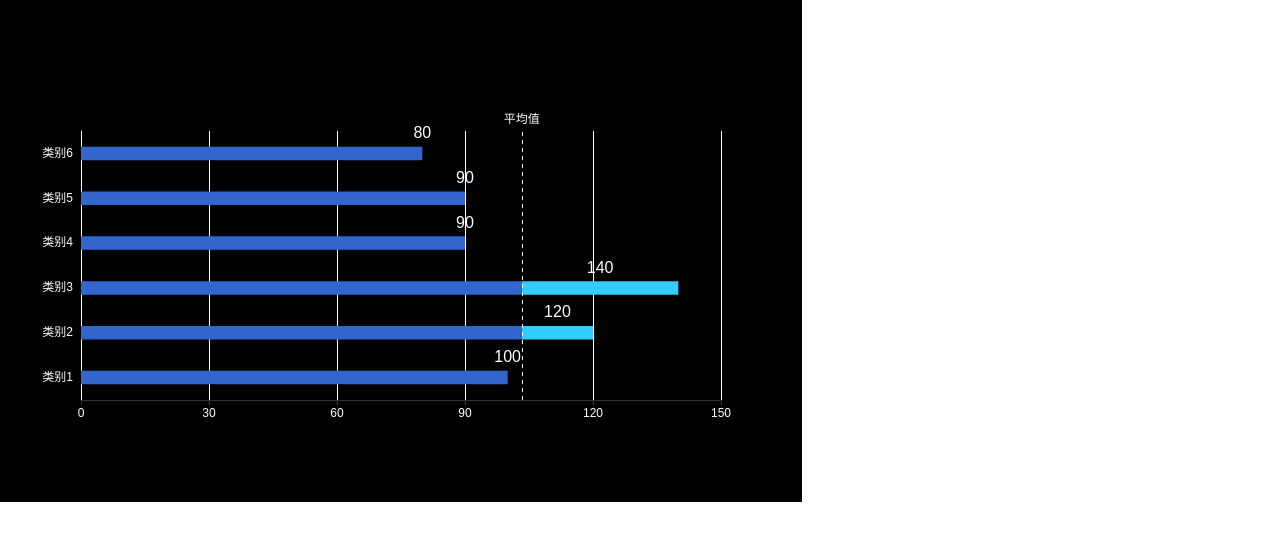
Repository: 572031690/echartproj
Page: /#/test
An editor plug-in stored every save of this project. The page is shown before and after a run of saves, followed by the edit.
The browser window is 1280 px wide. The pictures show the whole page.
The project was rebuilt for these pictures with package versions that can differ from the ones it lists, and the page was loaded fresh each time. Also part of the build but not shown: vue.config.js, src/components/Seller.vue, src/views/SellerPage.vue, src/utils/theme_utils.js, src/components/Trend.vue, src/views/TrendPage.vue, src/utils/map_utils.js, src/components/Map.vue and 9 more.

Above is the page before, as saved 2021-08-05 10:08:00.

### public/index.html
<!DOCTYPE html>
<html lang="en">
  <head>
    <meta charset="utf-8">
    <meta http-equiv="X-UA-Compatible" content="IE=edge">
    <meta name="viewport" content="width=device-width,initial-scale=1.0">
    <link rel="icon" href="<%= BASE_URL %>favicon.ico">
    <title><%= htmlWebpackPlugin.options.title %></title>
  </head>
  <body>
    <noscript>
      <strong>We're sorry but <%= htmlWebpackPlugin.options.title %> doesn't work properly without JavaScript enabled. Please enable it to continue.</strong>
    </noscript>
    <div id="app"></div>
    <!-- built files will be auto injected -->
    <!-- 一旦通过script标签引入的echarts.js的文件之后呢, window.echarts -->
    <script src="static/lib/echarts.min.js"></script>
    <!-- 引入主题的js文件 -->
    <script src="static/theme/chalk.js"></script>
    <script src="static/theme/vintage.js"></script>
  </body>
</html>

### src/main.js
import Vue from 'vue'
import App from './App.vue'
import router from './router'
import store from './store'
// 引入字体的文件
import './assets/font/iconfont.css'
// 引入全局的样式文件
import './assets/css/global.less'
import axios from 'axios'
import SocketService from './utils/socket_service'

// 调用socket **********
// import SocketService from '@/utils/socket_service'
// 对服务端进行webSocket连接 *********
// SocketService.Instance.connect()
// Vue.prototype.$socket = SocketService.Instance

// 请求基准路径的配置
axios.defaults.baseURL = 'http://127.0.0.1:8888/api/'
// 将axios挂载到Vue的原型对象上
// 在别的组件中 this.$http
Vue.prototype.$http = axios

// 将全局的echarts对象挂载到Vue的原型对象上
// 别的组件中 this.$echarts
Vue.prototype.$echarts = window.echarts

Vue.config.productionTip = false

new Vue({
  router,
  store,
  render: h => h(App)
}).$mount('#app')

### src/App.vue
<template>
  <div id="app">
    <!-- 路由占位符 -->
    <router-view></router-view>
  </div>
</template>

<style lang="less">

</style>

### src/router/index.js
import Vue from 'vue'
import VueRouter from 'vue-router'
import SellerPage from '@/views/SellerPage'
import TrendPage from '@/views/TrendPage'
import MapPage from '@/views/MapPage'
import RankPage from '@/views/RankPage'
import HotPage from '@/views/HotPage'
import StockPage from '@/views/StockPage'
import Test from '../components/Test.vue'
import ScreenPage from '@/views/ScreenPage'

Vue.use(VueRouter)

const routes = [
  {
    path: '/',
    redirect: '/screen'
  },
  {
    path: '/screen',
    component: ScreenPage
  },
  {
    path: '/sellerpage',
    component: SellerPage
  },
  {
    path: '/trendpage',
    component: TrendPage
  },
  {
    path: '/mappage',
    component: MapPage
  },
  {
    path: '/rankpage',
    component: RankPage
  },
  {
    path: '/hotpage',
    component: HotPage
  },
  {
    path: '/stockpage',
    component: StockPage
  },
  {
    path: '/test',
    component: Test
  }

]

const router = new VueRouter({
  routes
})

export default router

### src/store/index.js
import Vue from 'vue'
import Vuex from 'vuex'

Vue.use(Vuex)

export default new Vuex.Store({
  state: {
    theme: 'chalk'
  },
  mutations: {
    changeTheme (state) {
      if(state.theme === 'chalk'){
        state.theme = 'vintage'
      }else{
        state.theme = 'chalk'
      }
    }
  },
  actions: {
  },
  modules: {
  }
})

### src/assets/css/global.less
html, body, #app {
  width: 100%;
  height: 100%;
  padding: 0;
  margin: 0;
  overflow: hidden;
}

.com-page {
  width: 100%;
  height: 100%;
  overflow: hidden;
}

.com-container {
  width: 100%;
  height: 100%;
  overflow: hidden;
  position: relative;
}

.com-chart {
  width: 100%;
  height: 100%;
  overflow: hidden;
}

canvas {
  border-radius: 20px;
}

/*无法选中图片文字方法*/
span,div,img{
  user-select:none;
}

### src/utils/socket_service.js
export default class SocketService {
    // 单例的设计模式
    //如果别人通过get Instance 来的到我的实例对象 那我只会给他返回同一个实例对象
    static instance = null
    static get Instance() {
        if (!this.instance) {
            this.instance = new SocketService()
        }
        return this.instance
    }

    //和服务端连接的socket对象
    ws = null
    //存储回调函数
    callBackMapping = {}
    //定义连接服务器的方法
    connect() {
        //连接服务器
        if (!window.WebSocket) {
            return console.log('你的浏览器不支持WebSocket');
        }
        this.ws = new WebSocket('ws://localhost:9998')

        //连接服务端成功
        this.ws.onopen = () => {
            console.log('连接服务端成功');
        }
        //连接服务端失败
        this.ws.onclose = () => {
            console.log('连接服务端失败');
        }
        //得到服务端发送过来的数据
        this.ws.onmessage = msg => {
            console.log('从服务端获取数据');
            //得到的数据在msg的data里面
            // console.log(msg.data);
            const recvData = JSON.parse(msg.data)
            const socketType = recvData.socketType
            //判断回调函数是否存在
            if(this.callBackMapping[socketType]){
                const action = recvData.action
                if(action === 'getData') {
                    const realData = JSON.parse(recvData.data)
                    this.callBackMapping[socketType]
                }else if( action === 'fullScreen') {

                }else if(action === 'themeChange') {

                }
            }
        }
    }
    //回调函数的注册
    registerCallBack(socketType, callBack) {
        this.callBackMapping[socketType] = callBack
    }
    //取消某一个回调函数
    unRegisterCallBack(socketType) {
        this.callBackMapping[socketType] = null
    }

}

### src/components/Test.vue
<template>
  <div class="line-chart" ref="mybar">
    123
  </div>
</template>

<script>
export default {
  mounted() {
    this.getData();
    this.initChart();
  },
  data() {
    return {
      chartInstance: null,
      seriesData: [100, 120, 140, 90, 90, 80],
      barChart: {
        xAxisData: ["类别1", "类别2", "类别3", "类别4", "类别5", "类别6"],
        dataList: []
      }
    };
  },
  methods: {
    initChart() {
      const chartInstance = this.$echarts.init(this.$refs.mybar);
      const option = {
        grid: [
          {
            top: 130,
            bottom: 101
          }
        ],
        yAxis: [
          {
            type: "category",
            data: this.barChart.xAxisData,
            // gridIndex: 0, // x 轴所在的 grid 的索引，默认位于第一个 grid。
            axisLabel: {
              color: "#fff" // 刻度标签文字的颜色
            },
            axisLine: {
              // 设置轴线
              lineStyle: {
                color: "#fff"
              }
            },
            axisTick: {
              show: false // 是否显示坐标轴刻度。
            }
          }
        ],
        xAxis: [
          {
            type: "value",
            // gridIndex: 0,
            axisLabel: {
              // 刻度标签文字的颜色
              color: "#fff"
            },
            splitLine: {
              // y轴横线
              lineStyle: {
                color: "rgba(255, 255, 255, 45)"
              }
            },
            axisLine: {
              // 设置轴线
              show: true
            }
          }
        ],
        series: [
          {
            stack: "类1",
            barWidth: "30%", // 宽度
            itemStyle: {
              color: "#3366cc"
            },
            data: this.barChart.dataList[1],
            type: "bar",
            markLine: {
              data: [
                {
                  type: "max",
                  name: "平均线"
                }
              ],
              lineStyle: {
                type: "dashed",
                color: "#fff"
              },
              symbol: ["none", "none"], // 去除线段两端标记样式
              label: {
                show: true,
                color: "#fff",
                formatter: "平均值"
              }
            }
          },
          {
            label: {
              show: true,
              position: "top",
              textStyle: {
                color: "#fff",
                fontSize: 16
              },
              formatter: arg => {
                console.log(arg);
                return this.seriesData[arg.dataIndex];
              }
            },
            stack: "类1",
            xAxisIndex: 0,
            barWidth: "30%", // 宽度
            itemStyle: {
              color: "#33ccff"
            },
            data: this.barChart.dataList[0],
            type: "bar"
          }
        ]
      };
      chartInstance.setOption(option);
    },
    getData() {
      let sum = 0;
      this.seriesData.forEach(item => (sum += item));
      const aver = sum / this.seriesData.length;
      // console.log(aver)
      this.barChart.dataList[0] = this.seriesData.map(item => {
        if (item > aver) return item - aver;
        else return 0;
      });
      this.barChart.dataList[1] = this.seriesData.map(item => {
        if (item > aver) return aver;
        else return item;
      });
      console.log(this.barChart.dataList);
    }
  }
};
</script>

<style>
.line-chart {
  width: 800px;
  height: 500px;
  border: 1px solid black;
  background: #000;
}
</style>

### public/static/theme/vintage.js
(function (root, factory) {
    if (typeof define === 'function' && define.amd) {
        // AMD. Register as an anonymous module.
        define(['exports', 'echarts'], factory);
    } else if (typeof exports === 'object' && typeof exports.nodeName !== 'string') {
        // CommonJS
        factory(exports, require('echarts'));
    } else {
        // Browser globals
        factory({}, root.echarts);
    }
}(this, function (exports, echarts) {
    var log = function (msg) {
        if (typeof console !== 'undefined') {
            console && console.error && console.error(msg);
        }
    };
    if (!echarts) {
        log('ECharts is not Loaded');
        return;
    }
    echarts.registerTheme('vintage', {
        "color": [
            '#0ba82c',
            '#2c6eff',
            '#16f2d9',
            '#fe211e',
            '#fa6900',
            "#eedd78",
            "#73a373",
            "#73b9bc",
            "#7289ab",
            "#91ca8c",
            "#f49f42"
        ],
        "backgroundColor": "#ffffff",
        "textStyle": {},
        "title": {
            "textStyle": {
                "color": "#333333"
            },
            "subtextStyle": {
                "color": "#aaa"
            }
        },
        "line": {
            "itemStyle": {
                "normal": {
                    "borderWidth": "4"
                }
            },
            "lineStyle": {
                "normal": {
                    "width": "3"
                }
            },
            "symbolSize": "0",
            "symbol": "circle",
            "smooth": true
        },
        "radar": {
            "itemStyle": {
                "normal": {
                    "borderWidth": 1
                }
            },
            "lineStyle": {
                "normal": {
                    "width": 2
                }
            },
            "symbolSize": 4,
            "symbol": "emptyCircle",
            "smooth": false
        },
        "bar": {
            "itemStyle": {
                "normal": {
                    "barBorderWidth": 0,
                    "barBorderColor": "#ccc"
                },
                "emphasis": {
                    "barBorderWidth": 0,
                    "barBorderColor": "#ccc"
                }
            }
        },
        "pie": {
            "itemStyle": {
                "normal": {
                    "borderWidth": 0,
                    "borderColor": "#ccc"
                },
                "emphasis": {
                    "borderWidth": 0,
                    "borderColor": "#ccc"
                }
            }
        },
        "scatter": {
            "itemStyle": {
                "normal": {
                    "borderWidth": 0,
                    "borderColor": "#ccc"
                },
                "emphasis": {
                    "borderWidth": 0,
                    "borderColor": "#ccc"
                }
            }
        },
        "boxplot": {
            "itemStyle": {
                "normal": {
                    "borderWidth": 0,
                    "borderColor": "#ccc"
                },
                "emphasis": {
                    "borderWidth": 0,
                    "borderColor": "#ccc"
                }
            }
        },
        "parallel": {
            "itemStyle": {
                "normal": {
                    "borderWidth": 0,
                    "borderColor": "#ccc"
                },
                "emphasis": {
                    "borderWidth": 0,
                    "borderColor": "#ccc"
                }
            }
        },
        "sankey": {
            "itemStyle": {
                "normal": {
                    "borderWidth": 0,
                    "borderColor": "#ccc"
                },
                "emphasis": {
                    "borderWidth": 0,
                    "borderColor": "#ccc"
                }
            }
        },
        "funnel": {
            "itemStyle": {
                "normal": {
                    "borderWidth": 0,
                    "borderColor": "#ccc"
                },
                "emphasis": {
                    "borderWidth": 0,
                    "borderColor": "#ccc"
                }
            }
        },
        "gauge": {
            "itemStyle": {
                "normal": {
                    "borderWidth": 0,
                    "borderColor": "#ccc"
                },
                "emphasis": {
                    "borderWidth": 0,
                    "borderColor": "#ccc"
                }
            }
        },
        "candlestick": {
            "itemStyle": {
                "normal": {
                    "color": "#c23531",
                    "color0": "#314656",
                    "borderColor": "#c23531",
                    "borderColor0": "#314656",
                    "borderWidth": 1
                }
            }
        },
        "graph": {
            "itemStyle": {
                "normal": {
                    "borderWidth": 0,
                    "borderColor": "#ccc"
                }
            },
            "lineStyle": {
                "normal": {
                    "width": 1,
                    "color": "#aaa"
                }
            },
            "symbolSize": 4,
            "symbol": "emptyCircle",
            "smooth": false,
            "color": [
                "#d87c7c",
                "#919e8b",
                "#d7ab82",
                "#6e7074",
                "#61a0a8",
                "#efa18d",
                "#787464",
                "#cc7e63",
                "#724e58",
                "#4b565b"
            ],
            "label": {
                "normal": {
                    "textStyle": {
                        "color": "#eee"
                    }
                }
            }
        },
        "map": {
            "itemStyle": {
                "normal": {
                    "areaColor": "#eeeeee",
                    "borderColor": "#444444",
                    "borderWidth": 0.5
                },
                "emphasis": {
                    "areaColor": "rgba(255,215,0,0.8)",
                    "borderColor": "#444444",
                    "borderWidth": 1
                }
            },
            "label": {
                "normal": {
                    "textStyle": {
                        "color": "#000000"
                    }
                },
                "emphasis": {
                    "textStyle": {
                        "color": "rgb(100,0,0)"
                    }
                }
            }
        },
        "geo": {
            "itemStyle": {
                "normal": {
                    "areaColor": "#eeeeee",
                    "borderColor": "#444444",
                    "borderWidth": 0.5
                },
                "emphasis": {
                    "areaColor": "rgba(255,215,0,0.8)",
                    "borderColor": "#444444",
                    "borderWidth": 1
                }
            },
            "label": {
                "normal": {
                    "textStyle": {
                        "color": "#000000"
                    }
                },
                "emphasis": {
                    "textStyle": {
                        "color": "rgb(100,0,0)"
                    }
                }
            }
        },
        "categoryAxis": {
            "axisLine": {
                "show": true,
                "lineStyle": {
                    "color": "#333"
                }
            },
            "axisTick": {
                "show": true,
                "lineStyle": {
                    "color": "#333"
                }
            },
            "axisLabel": {
                "show": true,
                "textStyle": {
                    "color": "#999"
                }
            },
            "splitLine": {
                "show": false,
                "lineStyle": {
                    "color": [
                        "#ccc"
                    ]
                }
            },
            "splitArea": {
                "show": false,
                "areaStyle": {
                    "color": [
                        "rgba(250,250,250,0.3)",
                        "rgba(200,200,200,0.3)"
                    ]
                }
            }
        },
        "valueAxis": {
            "axisLine": {
                "show": true,
                "lineStyle": {
                    "color": "#666666"
                }
            },
            "axisTick": {
                "show": false,
                "lineStyle": {
                    "color": "#333"
                }
            },
            "axisLabel": {
                "show": true,
                "textStyle": {
                    "color": "#aaaaaa"
                }
            },
            "splitLine": {
                "show": false,
                "lineStyle": {
                    "color": [
                        "#e6e6e6"
                    ]
                }
            },
            "splitArea": {
                "show": false,
                "areaStyle": {
                    "color": [
                        "rgba(250,250,250,0.05)",
                        "rgba(200,200,200,0.02)"
                    ]
                }
            }
        },
        "logAxis": {
            "axisLine": {
                "show": true,
                "lineStyle": {
                    "color": "#333"
                }
            },
            "axisTick": {
                "show": true,
                "lineStyle": {
                    "color": "#333"
                }
            },
            "axisLabel": {
                "show": true,
                "textStyle": {
                    "color": "#333"
                }
            },
            "splitLine": {
                "show": true,
                "lineStyle": {
                    "color": [
                        "#ccc"
                    ]
                }
            },
            "splitArea": {
                "show": false,
                "areaStyle": {
                    "color": [
                        "rgba(250,250,250,0.3)",
                        "rgba(200,200,200,0.3)"
                    ]
                }
            }
        },
        "timeAxis": {
            "axisLine": {
                "show": true,
                "lineStyle": {
                    "color": "#333"
                }
            },
            "axisTick": {
                "show": true,
                "lineStyle": {
                    "color": "#333"
                }
            },
            "axisLabel": {
                "show": true,
                "textStyle": {
                    "color": "#333"
                }
            },
            "splitLine": {
                "show": true,
                "lineStyle": {
                    "color": [
                        "#ccc"
                    ]
                }
            },
            "splitArea": {
                "show": false,
                "areaStyle": {
                    "color": [
                        "rgba(250,250,250,0.3)",
                        "rgba(200,200,200,0.3)"
                    ]
                }
            }
        },
        "toolbox": {
            "iconStyle": {
                "normal": {
                    "borderColor": "#999999"
                },
                "emphasis": {
                    "borderColor": "#666666"
                }
            }
        },
        "legend": {
            "textStyle": {
                "color": "#333333"
            }
        },
        "tooltip": {
            "axisPointer": {
                "lineStyle": {
                    "color": "#cccccc",
                    "width": 1
                },
                "crossStyle": {
                    "color": "#cccccc",
                    "width": 1
                }
            }
        },
        "timeline": {
            "lineStyle": {
                "color": "#293c55",
                "width": 1
            },
            "itemStyle": {
                "normal": {
                    "color": "#293c55",
                    "borderWidth": 1
                },
                "emphasis": {
                    "color": "#a9334c"
                }
            },
            "controlStyle": {
                "normal": {
                    "color": "#293c55",
                    "borderColor": "#293c55",
                    "borderWidth": 0.5
                },
                "emphasis": {
                    "color": "#293c55",
                    "borderColor": "#293c55",
                    "borderWidth": 0.5
                }
            },
            "checkpointStyle": {
                "color": "#e43c59",
                "borderColor": "rgba(194,53,49,0.5)"
            },
            "label": {
                "normal": {
                    "textStyle": {
                        "color": "#293c55"
                    }
                },
                "emphasis": {
                    "textStyle": {
                        "color": "#293c55"
                    }
                }
            }
        },
        "visualMap": {
            "color": [
                "#bf444c",
                "#d88273",
                "#f6efa6"
            ]
        },
        "dataZoom": {
            "backgroundColor": "rgba(47,69,84,0)",
            "dataBackgroundColor": "rgba(47,69,84,0.3)",
            "fillerColor": "rgba(167,183,204,0.4)",
            "handleColor": "#a7b7cc",
            "handleSize": "100%",
            "textStyle": {
                "color": "#333333"
            }
        },
        "markPoint": {
            "label": {
                "normal": {
                    "textStyle": {
                        "color": "#eee"
                    }
                },
                "emphasis": {
                    "textStyle": {
                        "color": "#eee"
                    }
                }
            }
        }
    });
}));

Loaded but not shown: src/assets/font/iconfont.css (common file); public/static/lib/echarts.min.js (library); public/static/theme/chalk.js (521 lines, source omitted)

After the next 2 saves:
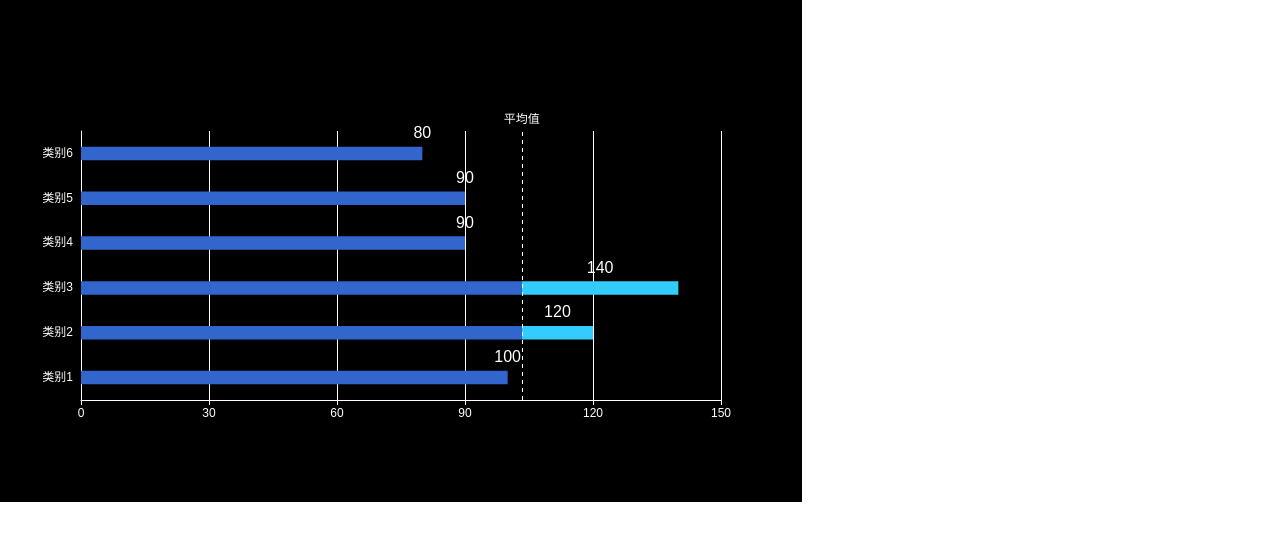
The 2 saves are shown as one change because 1 did not build or start.
The last was saved 28 s later.
--- a/src/components/Test.vue
+++ b/src/components/Test.vue
@@ -65,7 +65,11 @@ export default {
             },
             axisLine: {
               // 设置轴线
-              show: true
+              show: true,
+              // 设置轴线
+              lineStyle: {
+                color: "#fff"
+              }
             }
           }
         ],
